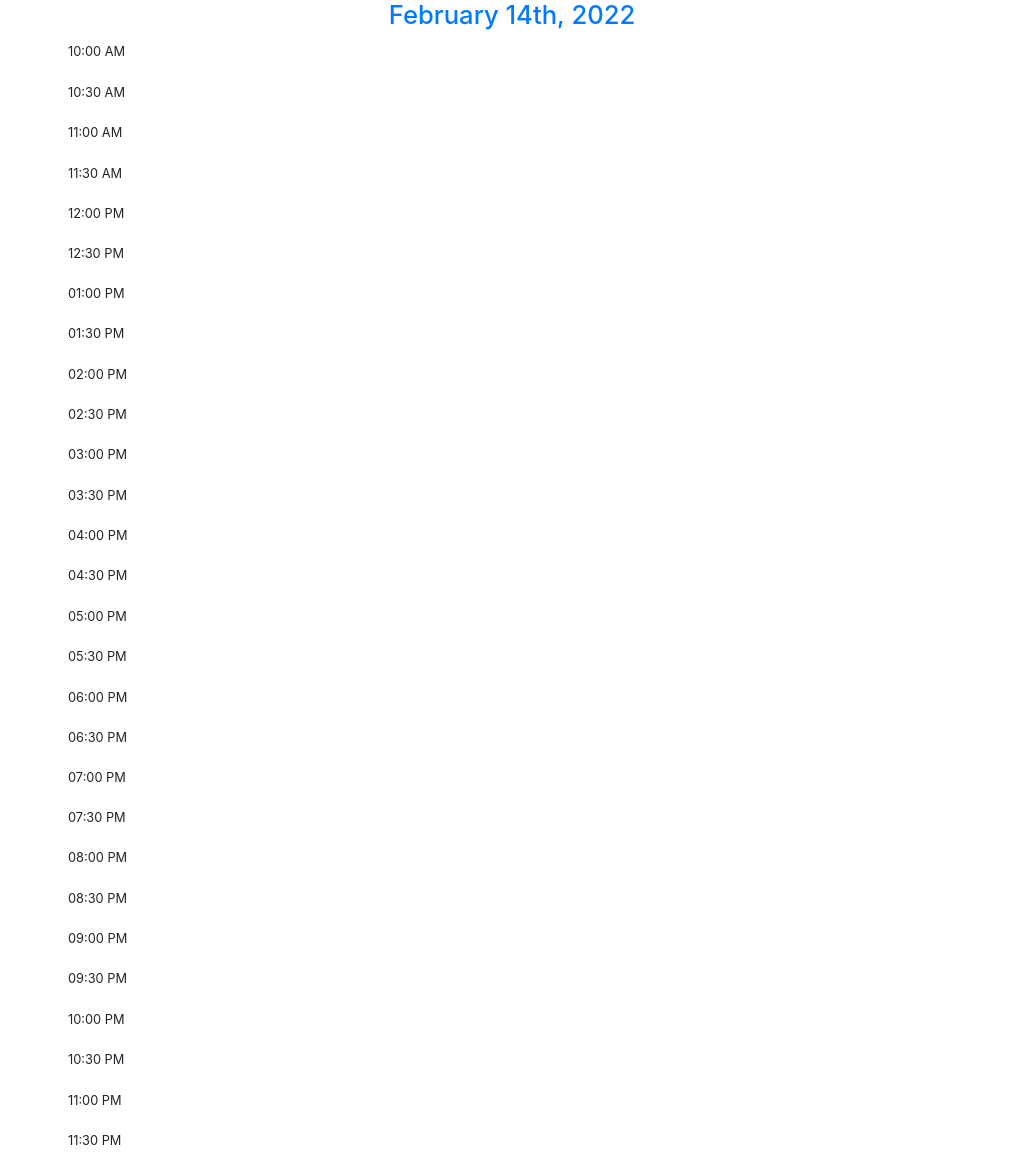
Repository: BaileyLuu/yuHacks2022
Page: public/schedule.html
An editor plug-in stored every save of this project. The page is shown before and after the next save, followed by the edit.
The browser window is 1280 px wide. The pictures show the whole page, at 80% of full size.
Some web libraries are served in a nearby version.

Above is the page before, as saved 2021-11-20 12:27:45.

### public/schedule.html
<!DOCTYPE html>
<html lang="en">
<head>
    <meta charset="UTF-8">
    <meta http-equiv="X-UA-Compatible" content="IE=edge">
    <meta name="viewport" content="width=device-width, initial-scale=1.0">

    <script src="https://ajax.googleapis.com/ajax/libs/jquery/3.5.1/jquery.min.js"></script>

    <!-- Popper JS -->
    <script src="https://cdnjs.cloudflare.com/ajax/libs/popper.js/1.12.9/umd/popper.min.js"
        integrity="sha384-ApNbgh9B+Y1QKtv3Rn7W3mgPxhU9K/ScQsAP7hUibX39j7fakFPskvXusvfa0b4Q"
        crossorigin="anonymous"></script>

    <!-- Latest compiled JavaScript -->
    <script src="https://maxcdn.bootstrapcdn.com/bootstrap/4.0.0/js/bootstrap.min.js"
        integrity="sha384-JZR6Spejh4U02d8jOt6vLEHfe/JQGiRRSQQxSfFWpi1MquVdAyjUar5+76PVCmYl"
        crossorigin="anonymous"></script>

    <!-- Latest compiled and minified CSS -->
    <link rel="stylesheet" href="https://maxcdn.bootstrapcdn.com/bootstrap/4.0.0/css/bootstrap.min.css"
        integrity="sha384-Gn5384xqQ1aoWXA+058RXPxPg6fy4IWvTNh0E263XmFcJlSAwiGgFAW/dAiS6JXm" crossorigin="anonymous">

    <!-- AOS CSS Library CDN -->
    <link href="https://unpkg.com/aos@2.3.1/dist/aos.css" rel="stylesheet">
    <!-- Bootstrap Icons -->
    <link rel="stylesheet" href="https://cdn.jsdelivr.net/npm/bootstrap-icons@1.7.0/font/bootstrap-icons.css">



    <script src="https://code.jquery.com/jquery-3.2.1.slim.min.js"
        integrity="sha384-KJ3o2DKtIkvYIK3UENzmM7KCkRr/rE9/Qpg6aAZGJwFDMVNA/GpGFF93hXpG5KkN"
        crossorigin="anonymous"></script>
    <link rel="stylesheet" href="./schedule.css">
    <script src="schedule.js"></script>
    <script src="https://ajax.googleapis.com/ajax/libs/jquery/3.3.1/jquery.min.js"></script>
    <title>yuHacks Schedule</title>
</head>
<body>
   <section class="">
    <div class="container">
        <h2 class="text-primary title text-center">February 14th, 2022</h1>

        <!-- <div class="row row-cols-2">
          <div class="col">Column</div>
          <div class="col">Column</div>
          <div class="col">Column</div>
          <div class="col">Column</div>
          <div class="col">Column</div>
          <div class="col">Column</div>

        </div>
        <div class="row row-cols-2">
            <div class="col">Column</div>
            <div class="col">Column</div>
            <div class="col">Column</div>
            <div class="col">Column</div>
            <div class="col">Column</div>
            <div class="col">Column</div>

          </div> -->
  <div class="schedule-table">



          <div>
            <div class="schedule-time">10:00 AM</div>
            <div class="schedule-time">10:30 AM</div>
            <div class="schedule-time">11:00 AM</div>
            <div class="schedule-time">11:30 AM</div>
            <div class="schedule-time">12:00 PM</div>
            <div class="schedule-time">12:30 PM</div>
            <div class="schedule-time">01:00 PM</div>
            <div class="schedule-time">01:30 PM</div>
            <div class="schedule-time">02:00 PM</div>
            <div class="schedule-time">02:30 PM</div>
            <div class="schedule-time">03:00 PM</div>
            <div class="schedule-time">03:30 PM</div>
            <div class="schedule-time">04:00 PM</div>
            <div class="schedule-time">04:30 PM</div>
            <div class="schedule-time">05:00 PM</div>
            <div class="schedule-time">05:30 PM</div>
            <div class="schedule-time">06:00 PM</div>
            <div class="schedule-time">06:30 PM</div>
            <div class="schedule-time">07:00 PM</div>
            <div class="schedule-time">07:30 PM</div>
            <div class="schedule-time">08:00 PM</div>
            <div class="schedule-time">08:30 PM</div>
            <div class="schedule-time">09:00 PM</div>
            <div class="schedule-time">09:30 PM</div>
            <div class="schedule-time">10:00 PM</div>
            <div class="schedule-time">10:30 PM</div>
            <div class="schedule-time">11:00 PM</div>
            <div class="schedule-time">11:30 PM</div>




          </div>
          <!-- <div class="col-md-8">
              <div>Introduction to Github</div>
              <div></div>
              <div>Introduction to Bootstrap</div>
          </div> -->

      </div>
    </div>
   </section>

   <script src="https://cdnjs.cloudflare.com/ajax/libs/jquery/3.6.0/jquery.min.js"
   integrity="sha512-894YE6QWD5I59HgZOGReFYm4dnWc1Qt5NtvYSaNcOP+u1T9qYdvdihz0PPSiiqn/+/3e7Jo4EaG7TubfWGUrMQ=="
   crossorigin="anonymous" referrerpolicy="no-referrer"></script>
<!-- Option 1: Bootstrap Bundle with Popper -->
<script src="https://cdn.jsdelivr.net/npm/bootstrap@5.1.3/dist/js/bootstrap.bundle.min.js"
   integrity="sha384-ka7Sk0Gln4gmtz2MlQnikT1wXgYsOg+OMhuP+IlRH9sENBO0LRn5q+8nbTov4+1p"
   crossorigin="anonymous"></script>

<script src="https://unpkg.com/aos@2.3.1/dist/aos.js"></script>
<script>
   AOS.init({
       offset: 500,
       duration: 800,
       once: true,
   }

   );
</script>
</body>
</html>

### public/schedule.css
/* body {
    background-color: #141c3c;
  } */

.schedule-time{
  display:flex;
  flex-direction: column;
  width:20vw;
  height:7vh;
  box-sizing: border-box;
  z-index: 50;
  line-height: 5vh;

}
.schedule-table{
  display:flex;
  flex-direction:column;

}

Loaded but not shown: public/schedule.js (no copy from this time; the picture is the same without it)

After the next save:
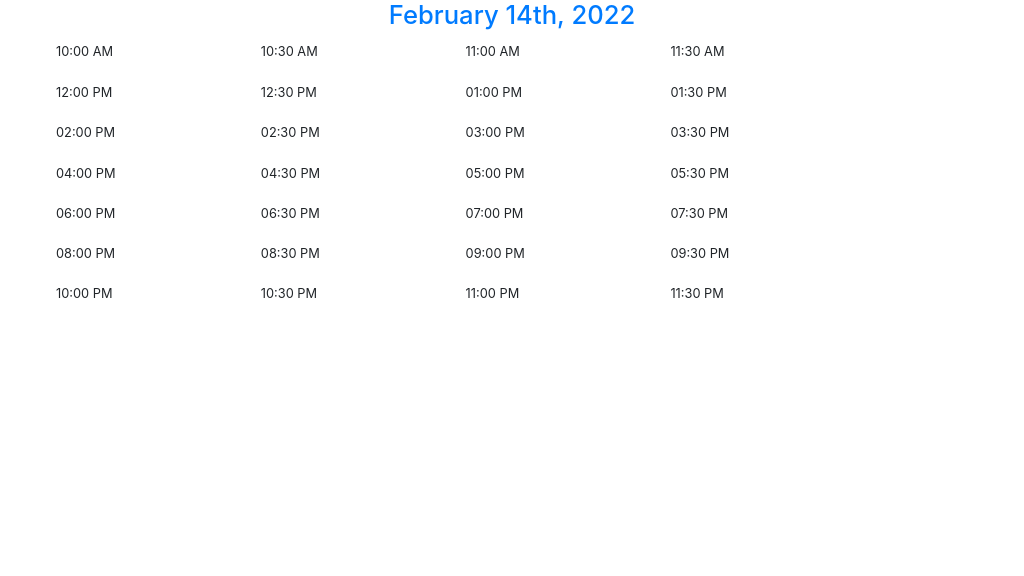
Saved 89 s later.
--- a/public/schedule.html
+++ b/public/schedule.html
@@ -1,5 +1,6 @@
 <!DOCTYPE html>
 <html lang="en">
+
 <head>
     <meta charset="UTF-8">
     <meta http-equiv="X-UA-Compatible" content="IE=edge">
@@ -36,12 +37,13 @@
     <script src="https://ajax.googleapis.com/ajax/libs/jquery/3.3.1/jquery.min.js"></script>
     <title>yuHacks Schedule</title>
 </head>
+
 <body>
-   <section class="">
-    <div class="container">
-        <h2 class="text-primary title text-center">February 14th, 2022</h1>
+    <section class="">
+        <div class="container">
+            <h2 class="text-primary title text-center">February 14th, 2022</h1>
 
-        <!-- <div class="row row-cols-2">
+                <!-- <div class="row row-cols-2">
           <div class="col">Column</div>
           <div class="col">Column</div>
           <div class="col">Column</div>
@@ -59,71 +61,71 @@
             <div class="col">Column</div>
 
           </div> -->
-  <div class="schedule-table">
+                <div class="schedule-table">
 
 
 
-          <div>
-            <div class="schedule-time">10:00 AM</div>
-            <div class="schedule-time">10:30 AM</div>
-            <div class="schedule-time">11:00 AM</div>
-            <div class="schedule-time">11:30 AM</div>
-            <div class="schedule-time">12:00 PM</div>
-            <div class="schedule-time">12:30 PM</div>
-            <div class="schedule-time">01:00 PM</div>
-            <div class="schedule-time">01:30 PM</div>
-            <div class="schedule-time">02:00 PM</div>
-            <div class="schedule-time">02:30 PM</div>
-            <div class="schedule-time">03:00 PM</div>
-            <div class="schedule-time">03:30 PM</div>
-            <div class="schedule-time">04:00 PM</div>
-            <div class="schedule-time">04:30 PM</div>
-            <div class="schedule-time">05:00 PM</div>
-            <div class="schedule-time">05:30 PM</div>
-            <div class="schedule-time">06:00 PM</div>
-            <div class="schedule-time">06:30 PM</div>
-            <div class="schedule-time">07:00 PM</div>
-            <div class="schedule-time">07:30 PM</div>
-            <div class="schedule-time">08:00 PM</div>
-            <div class="schedule-time">08:30 PM</div>
-            <div class="schedule-time">09:00 PM</div>
-            <div class="schedule-time">09:30 PM</div>
-            <div class="schedule-time">10:00 PM</div>
-            <div class="schedule-time">10:30 PM</div>
-            <div class="schedule-time">11:00 PM</div>
-            <div class="schedule-time">11:30 PM</div>
+                    <div class="row">
+                        <div class="schedule-time">10:00 AM</div>
+                        <div class="schedule-time">10:30 AM</div>
+                        <div class="schedule-time">11:00 AM</div>
+                        <div class="schedule-time">11:30 AM</div>
+                        <div class="schedule-time">12:00 PM</div>
+                        <div class="schedule-time">12:30 PM</div>
+                        <div class="schedule-time">01:00 PM</div>
+                        <div class="schedule-time">01:30 PM</div>
+                        <div class="schedule-time">02:00 PM</div>
+                        <div class="schedule-time">02:30 PM</div>
+                        <div class="schedule-time">03:00 PM</div>
+                        <div class="schedule-time">03:30 PM</div>
+                        <div class="schedule-time">04:00 PM</div>
+                        <div class="schedule-time">04:30 PM</div>
+                        <div class="schedule-time">05:00 PM</div>
+                        <div class="schedule-time">05:30 PM</div>
+                        <div class="schedule-time">06:00 PM</div>
+                        <div class="schedule-time">06:30 PM</div>
+                        <div class="schedule-time">07:00 PM</div>
+                        <div class="schedule-time">07:30 PM</div>
+                        <div class="schedule-time">08:00 PM</div>
+                        <div class="schedule-time">08:30 PM</div>
+                        <div class="schedule-time">09:00 PM</div>
+                        <div class="schedule-time">09:30 PM</div>
+                        <div class="schedule-time">10:00 PM</div>
+                        <div class="schedule-time">10:30 PM</div>
+                        <div class="schedule-time">11:00 PM</div>
+                        <div class="schedule-time">11:30 PM</div>
+                    </div>
+                    <div>
 
-
-
-
-          </div>
-          <!-- <div class="col-md-8">
+                    </div>
+                    <!-- <div class="col-md-8">
               <div>Introduction to Github</div>
               <div></div>
               <div>Introduction to Bootstrap</div>
           </div> -->
 
-      </div>
-    </div>
-   </section>
+                </div>
+        </div>
+    </section>
 
-   <script src="https://cdnjs.cloudflare.com/ajax/libs/jquery/3.6.0/jquery.min.js"
-   integrity="sha512-894YE6QWD5I59HgZOGReFYm4dnWc1Qt5NtvYSaNcOP+u1T9qYdvdihz0PPSiiqn/+/3e7Jo4EaG7TubfWGUrMQ=="
-   crossorigin="anonymous" referrerpolicy="no-referrer"></script>
-<!-- Option 1: Bootstrap Bundle with Popper -->
-<script src="https://cdn.jsdelivr.net/npm/bootstrap@5.1.3/dist/js/bootstrap.bundle.min.js"
-   integrity="sha384-ka7Sk0Gln4gmtz2MlQnikT1wXgYsOg+OMhuP+IlRH9sENBO0LRn5q+8nbTov4+1p"
-   crossorigin="anonymous"></script>
+    <script src="https://cdnjs.cloudflare.com/ajax/libs/jquery/3.6.0/jquery.min.js"
+        integrity="sha512-894YE6QWD5I59HgZOGReFYm4dnWc1Qt5NtvYSaNcOP+u1T9qYdvdihz0PPSiiqn/+/3e7Jo4EaG7TubfWGUrMQ=="
+        crossorigin="anonymous" referrerpolicy="no-referrer"></script>
+    <!-- Option 1: Bootstrap Bundle with Popper -->
+    <script src="https://cdn.jsdelivr.net/npm/bootstrap@5.1.3/dist/js/bootstrap.bundle.min.js"
+        integrity="sha384-ka7Sk0Gln4gmtz2MlQnikT1wXgYsOg+OMhuP+IlRH9sENBO0LRn5q+8nbTov4+1p"
+        crossorigin="anonymous"></script>
 
-<script src="https://unpkg.com/aos@2.3.1/dist/aos.js"></script>
-<script>
-   AOS.init({
-       offset: 500,
-       duration: 800,
-       once: true,
-   }
+    <script src="https://unpkg.com/aos@2.3.1/dist/aos.js"></script>
+    <script>
+        AOS.init({
+            offset: 500,
+            duration: 800,
+            once: true,
+        }
 
-   );
-</script>
+        );
+    </script>
 </body>
+
 </html>
